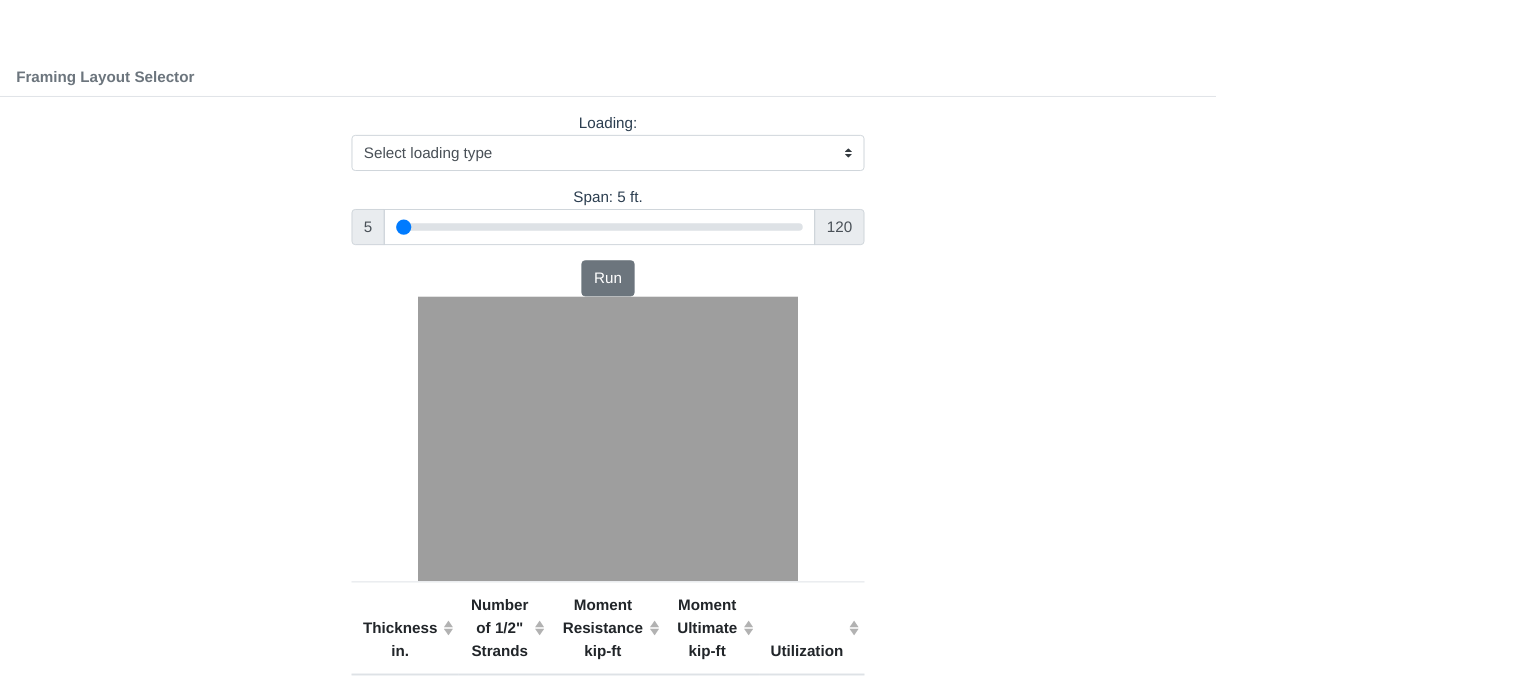
Repository: kanwarjohal/framingconceptclient
Page: /
These files come from the project's save history. The page is drawn as it stood at one moment and after a run of saves; the edit follows.
The browser window is 1280 px wide. The page is 1280 px wide, then 1611 px, so the pictures cover 1611 px, including what lies to the right of the window. The pictures show the whole page, at 95% of full size.
Pictures or frames that could not be fetched are drawn as grey boxes. The page's requests for data from a server got no answer. The project was rebuilt for these pictures with package versions that can differ from the ones it lists, and the page was loaded fresh each time. No one was signed in, and anything a server would have sent is missing.

Above is the page before, as saved 2020-04-10 18:28:18.

### src/main.js
import Vue from 'vue'
import App from './App.vue'
import { BootstrapVue} from 'bootstrap-vue'
import 'bootstrap/dist/css/bootstrap.css'
import 'bootstrap-vue/dist/bootstrap-vue.css'
import axios from 'axios'
import VueAxios from 'vue-axios'

// Install BootstrapVue
Vue.use(BootstrapVue)
Vue.prototype.$http = axios

Vue.config.productionTip = false

new Vue({
  render: h => h(App),
}).$mount('#app')

### src/components/Header.vue
<template>
    <div>
        <b-nav tabs>
            <b-nav-item disabled><b>Framing Layout Selector</b></b-nav-item>
        </b-nav>
    </div>
</template>

### src/components/LoadingType.vue


<template>
<div>
    <!-- <div class="mt-3">Building Type:</div>
    <div>
    <b-form-select v-model="selected_building">
        <option value="Select building">Select building type.</option>
        <option :value="l.loading_type" v-for="l in firstliveload" :key="l.loading">{{l.loading_type}}</option>
    </b-form-select>
    </div> -->
    <div class="mt-3">Loading:</div>
    <div>
    <b-form-select v-model="selected_loading">
        <option value="Select loading">Select loading type</option>
        <option :value="[l.occupancy, l.use, l.uniformloadpsf]" v-for="l in firstliveload">{{l.occupancy +" "+ l.use +" : "+ l.uniformloadpsf}} psf </option>
    </b-form-select>
    </div>
    <div class="mt-3">Span: {{ input_span }} ft.</div>
    <!-- <div id="app">
        <input id="my-field" v-model="input_span">
    </div> -->
    <div>
        <b-input-group prepend="5" append="120">
        <b-form-input type="range" min="5" max="120" v-model="input_span"></b-form-input>
        </b-input-group>
    </div>
    <div class="mt-3">
        <b-button v-on:click="postPost">Run</b-button>
    </div>
    <div>
        <img src="@\hollowcoresections.png"/>
    </div>
    <div>
    <b-table striped hover :items="hollowcoreitems" :fields="fields"></b-table>
    </div>
</div>
</template>


<script>
import axios from 'axios'
    export default {
        data(){
                return{selected_loading:"Select loading",
                selected_building:"Select building",
                input_span:"5", hollowcoreitems:[],
                fields: [
                    {
                    key: 'depth',
                    label: 'Thickness in.',
                    sortable: true
                    },
                    {
                    key: 'strands13mm',
                    label: 'Number of 1/2" Strands',
                    sortable: true
                    },
                    {
                    key: 'mr',
                    label: 'Moment Resistance kip-ft',
                    sortable: true,
                    },
                    {
                    key: 'mu',
                    label: 'Moment Ultimate kip-ft',
                    sortable: true
                    },
                    {
                    key: 'utilization',
                    label: 'Utilization',
                    sortable: true
                    },
                ],
                }
        },
        props: {
            firstliveload: Array
        },
        methods: {
            postPost: function() {
                axios({
                    method: 'post',
                    url: 'https://strukanwar.herokuapp.com/framingrequest',
                    data: { userinput: this.selected_loading,
                            span: this.input_span
                    }
                }).then((response) => {
                    console.log(response.data)
                    this.hollowcoreitems = response.data
                })
            }
        }
    }
</script>

//    .then((response) => {
//                 return response.json()
//             })
//             .then((jsonData) => {
//                 this.framingresponse = jsonData.framingresponse;
//             })

Loaded but not shown: public/index.html (common file); src/App.vue (common file)

After the next 3 saves:
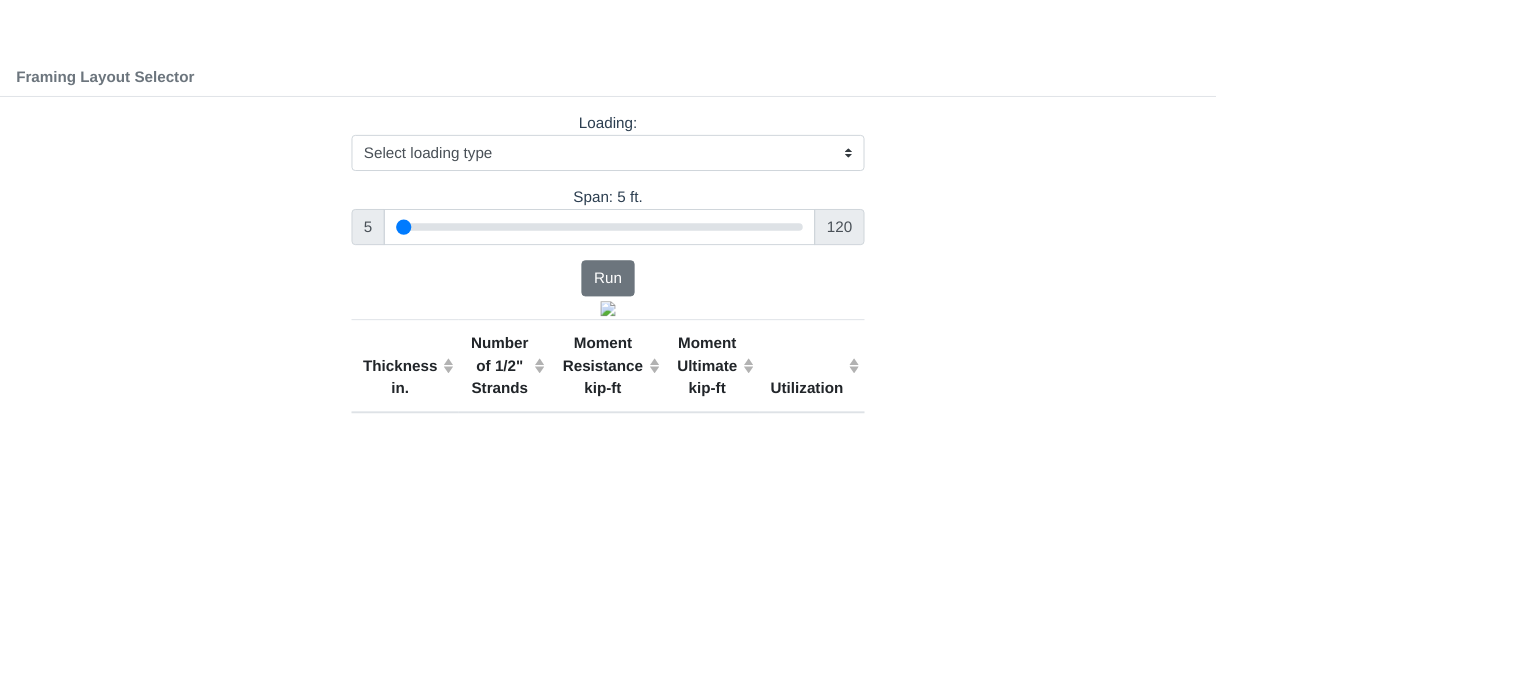
Not found: assets/hollowcoresections.png
The 3 saves are shown as one change because 2 did not build or start.
The last was saved 2 min 25 s later.
--- a/src/components/LoadingType.vue
+++ b/src/components/LoadingType.vue
@@ -29,7 +29,7 @@
         <b-button v-on:click="postPost">Run</b-button>
     </div>
     <div>
-        <img src="@\hollowcoresections.png"/>
+        <img src="assets/hollowcoresections.png"/>
     </div>
     <div>
     <b-table striped hover :items="hollowcoreitems" :fields="fields"></b-table>

After the save that followed:
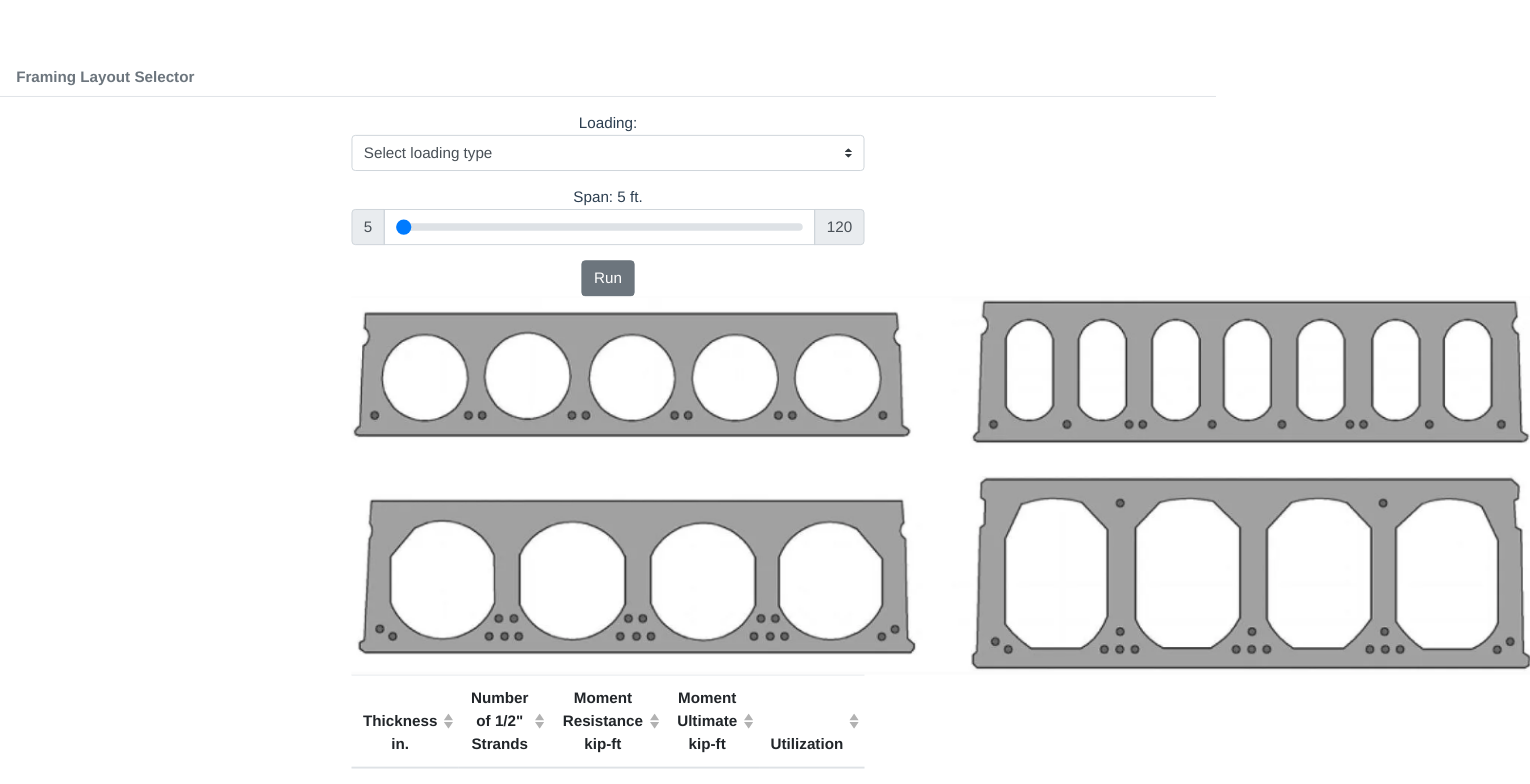
Saved 5 s later.
--- a/src/components/LoadingType.vue
+++ b/src/components/LoadingType.vue
@@ -29,7 +29,7 @@
         <b-button v-on:click="postPost">Run</b-button>
     </div>
     <div>
-        <img src="assets/hollowcoresections.png"/>
+        <img src="hollowcoresections.png"/>
     </div>
     <div>
     <b-table striped hover :items="hollowcoreitems" :fields="fields"></b-table>
